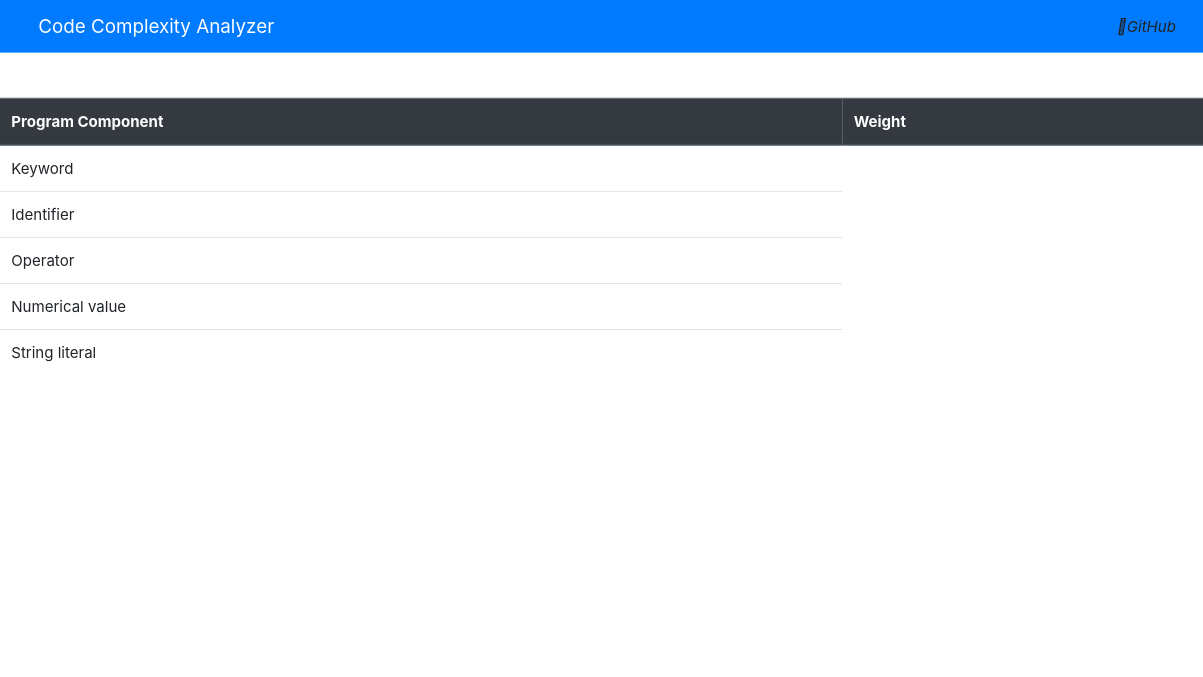
Repository: DinuwanB/Code-Complexity-Analyzer
Page: http://localhost/ITPM/Weight.jsp
These files come from the project's save history. The page is drawn as it stood at one moment and after the next save; the edit follows.
The browser window is 1280 px wide. The pictures show the whole page, at 94% of full size.
The page is served by Tomcat 9. Other server files are loaded and not shown.

Above is the page before, as saved 2020-05-21 12:43:56.

### ITPM/src/main/webapp/Weight.jsp
<%@ page language="java" contentType="text/html; charset=ISO-8859-1"
    pageEncoding="ISO-8859-1"%>
<!DOCTYPE html>
<html>
<head>
<meta charset="ISO-8859-1">
<title>Weight</title>
<link rel="stylesheet"
	href="https://stackpath.bootstrapcdn.com/bootstrap/4.4.1/css/bootstrap.min.css"
	integrity="sha384-Vkoo8x4CGsO3+Hhxv8T/Q5PaXtkKtu6ug5TOeNV6gBiFeWPGFN9MuhOf23Q9Ifjh"
	crossorigin="anonymous">
<link
	href="https://stackpath.bootstrapcdn.com/font-awesome/4.7.0/css/font-awesome.min.css"
	rel="stylesheet"
	integrity="sha384-wvfXpqpZZVQGK6TAh5PVlGOfQNHSoD2xbE+QkPxCAFlNEevoEH3Sl0sibVcOQVnN"
	crossorigin="anonymous">
</head>
<body>
<nav class="navbar navbar-dark bg-primary">
		<div class="container">
			<a class="navbar-brand" href="#">Code Complexity Analyzer</a>
		</div>
		<button class="btn btn" type="submit" id="inputGroupFileAddon04">
			<i class="fab fa-github-square">GitHub</i>
		</button>

	</nav>
	<br>
	<br>
	<table class="table">
  <thead class="thead-dark">
    <tr>
      <th scope="col">Program Component</th>
      <th scope="col">Weight</th>
    </tr>
  </thead>
  <tbody>
    <tr>
      <td>Keyword</td>
    </tr>
    <tr>
     <td>Identifier</td>
    </tr>
  	<tr>
  	 <td>Operator</td>
  	</tr>
  	<tr>
  	<td>Numerical value</td>
    </tr>
    <tr>
    <td>String literal</td>
    </tr>
  </tbody>
</table>
</body>
</html>

After the next save:
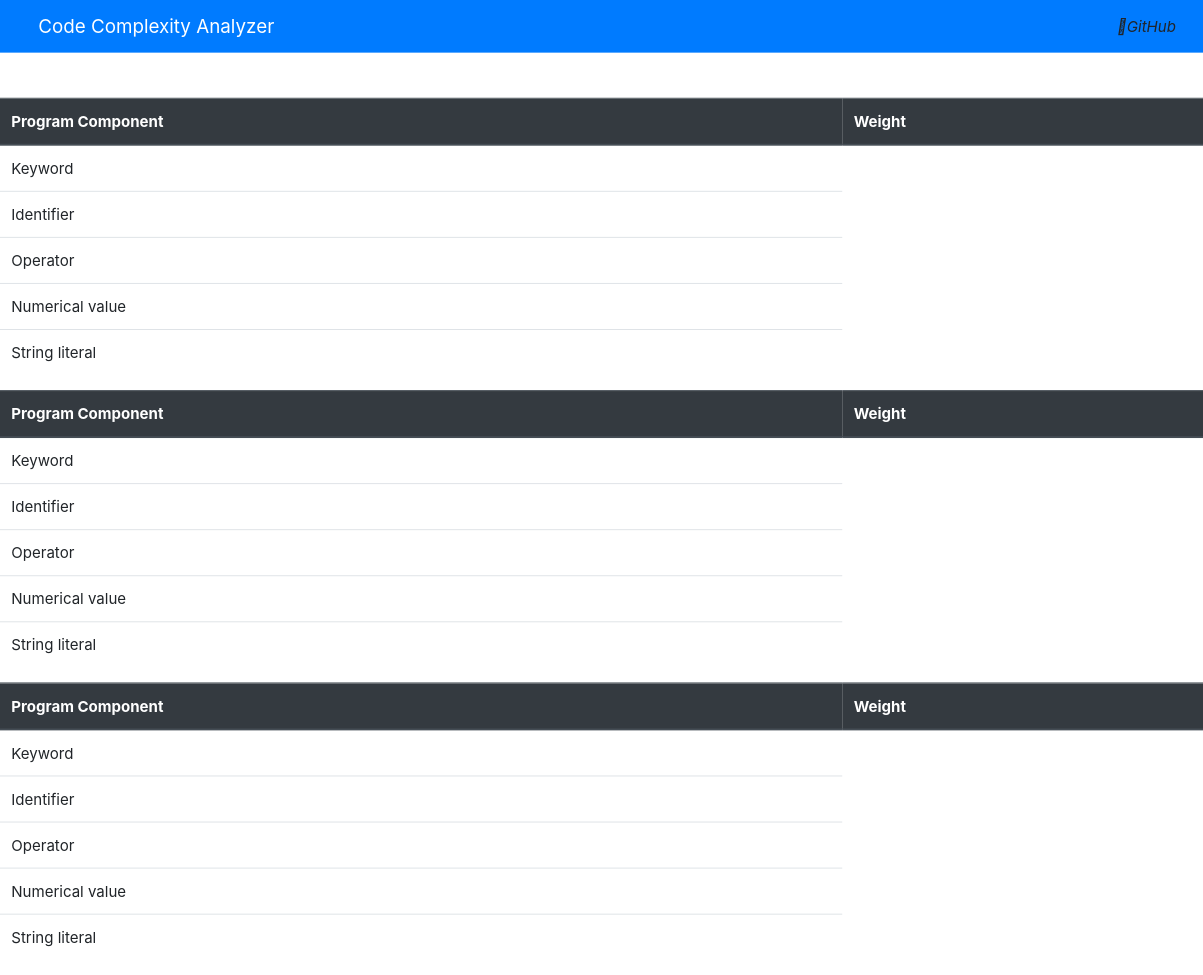
Saved 88 s later.
--- a/ITPM/src/main/webapp/Weight.jsp
+++ b/ITPM/src/main/webapp/Weight.jsp
@@ -52,5 +52,55 @@
     </tr>
   </tbody>
 </table>
+<table class="table">
+  <thead class="thead-dark">
+    <tr>
+      <th scope="col">Program Component</th>
+      <th scope="col">Weight</th>
+    </tr>
+  </thead>
+  <tbody>
+    <tr>
+      <td>Keyword</td>
+    </tr>
+    <tr>
+     <td>Identifier</td>
+    </tr>
+  	<tr>
+  	 <td>Operator</td>
+  	</tr>
+  	<tr>
+  	<td>Numerical value</td>
+    </tr>
+    <tr>
+    <td>String literal</td>
+    </tr>
+  </tbody>
+</table>
+<table class="table">
+  <thead class="thead-dark">
+    <tr>
+      <th scope="col">Program Component</th>
+      <th scope="col">Weight</th>
+    </tr>
+  </thead>
+  <tbody>
+    <tr>
+      <td>Keyword</td>
+    </tr>
+    <tr>
+     <td>Identifier</td>
+    </tr>
+  	<tr>
+  	 <td>Operator</td>
+  	</tr>
+  	<tr>
+  	<td>Numerical value</td>
+    </tr>
+    <tr>
+    <td>String literal</td>
+    </tr>
+  </tbody>
+</table>
 </body>
 </html>
